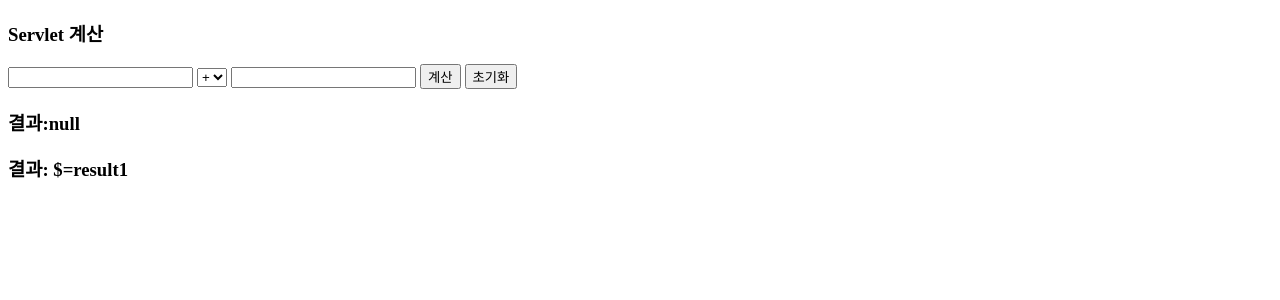
Repository: daehyuk1231/lect_labs_java
Page: http://localhost/java_web/calc1.jsp
The author's editor kept a copy of each file at every save. The page is drawn from the files as they stood at one save, then again after the next save.
The browser window is 1280 px wide. The pictures show the whole page.
The page is served by Tomcat 10. Other server files are loaded and not shown.

Above is the page before, as saved 2025-08-13 07:44:16.

### java_web/src/main/webapp/calc1.jsp
<%@ page language="java" contentType="text/html; charset=UTF-8"
	pageEncoding="UTF-8"%>
<%
String result1 = (String) request.getAttribute("result");
%>
<!DOCTYPE html>
<html>
<head>
<meta charset="UTF-8">
<title>Insert title here</title>
</head>
<body>
	<h3>Servlet 계산</h3>
	<form name="form1"
		action="${pageContext.request.contextPath}/CalcServlet" method="post">
		<input type="number" name="num1" size="5" required> <select
			name="operator">
			<option value="+" selected>+</option>
			<option value="-">-</option>
			<option value="*">*</option>
			<option value="/">/</option>
		</select> <input type="number" name="num2" size="5" required>
		<button type="submit">계산</button>
		<button type="reset">초기화</button>
	</form>
	<h3>결과:<%=result1%></h3>
	<h3>결과: $=result1</h3>
</body>
</html>

After the next save:
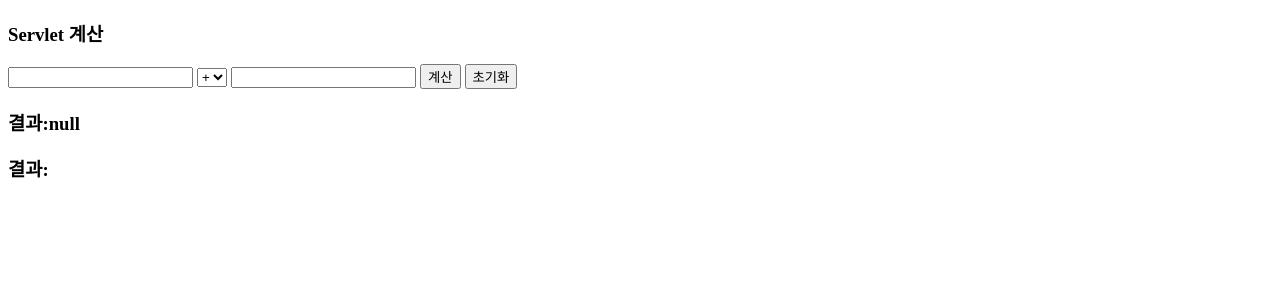
Saved 16 s later.
--- a/java_web/src/main/webapp/calc1.jsp
+++ b/java_web/src/main/webapp/calc1.jsp
@@ -24,6 +24,6 @@
 		<button type="reset">초기화</button>
 	</form>
 	<h3>결과:<%=result1%></h3>
-	<h3>결과: $=result1</h3>
+	<h3>결과: ${result1}</h3>
 </body>
 </html>
